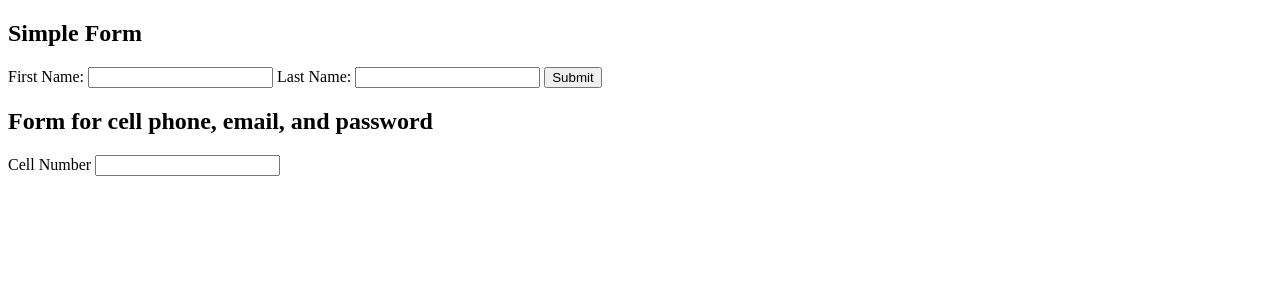
Repository: TheTroyPhillips/Block14
Page: Coursework/Block10/index.html
An editor plug-in stored every save of this project. The page is shown before and after a run of saves, followed by the edit.
The browser window is 1280 px wide. The pictures show the whole page.

Above is the page before, as saved 2023-09-07 19:23:17.

After the next 5 saves:
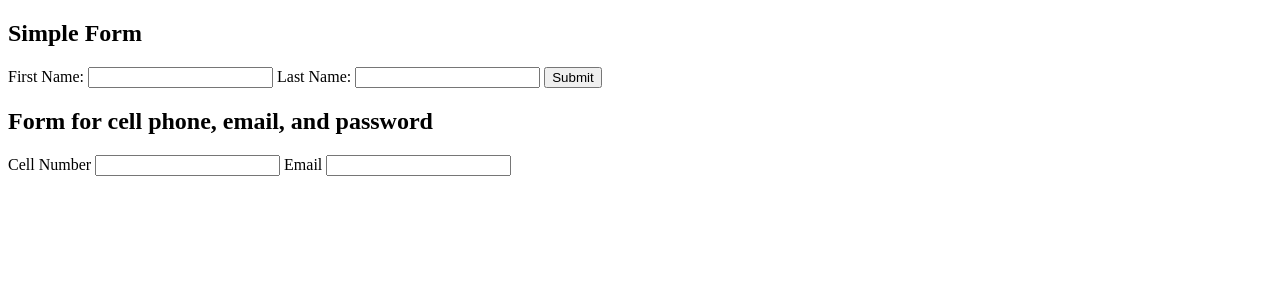
The 5 saves are shown as one change because they came seconds apart.
The last was saved 15 s later.
--- a/Coursework/Block10/index.html
+++ b/Coursework/Block10/index.html
@@ -22,7 +22,8 @@
         <form>
             <label for="">Cell Number</label>
             <input type="number" id="Cell Number" name="Cell Number">
-            <label for="email"></label>
+            <label for="email">Email</label>
+            <input type="text">
         </form>
     </article>
 </body>
